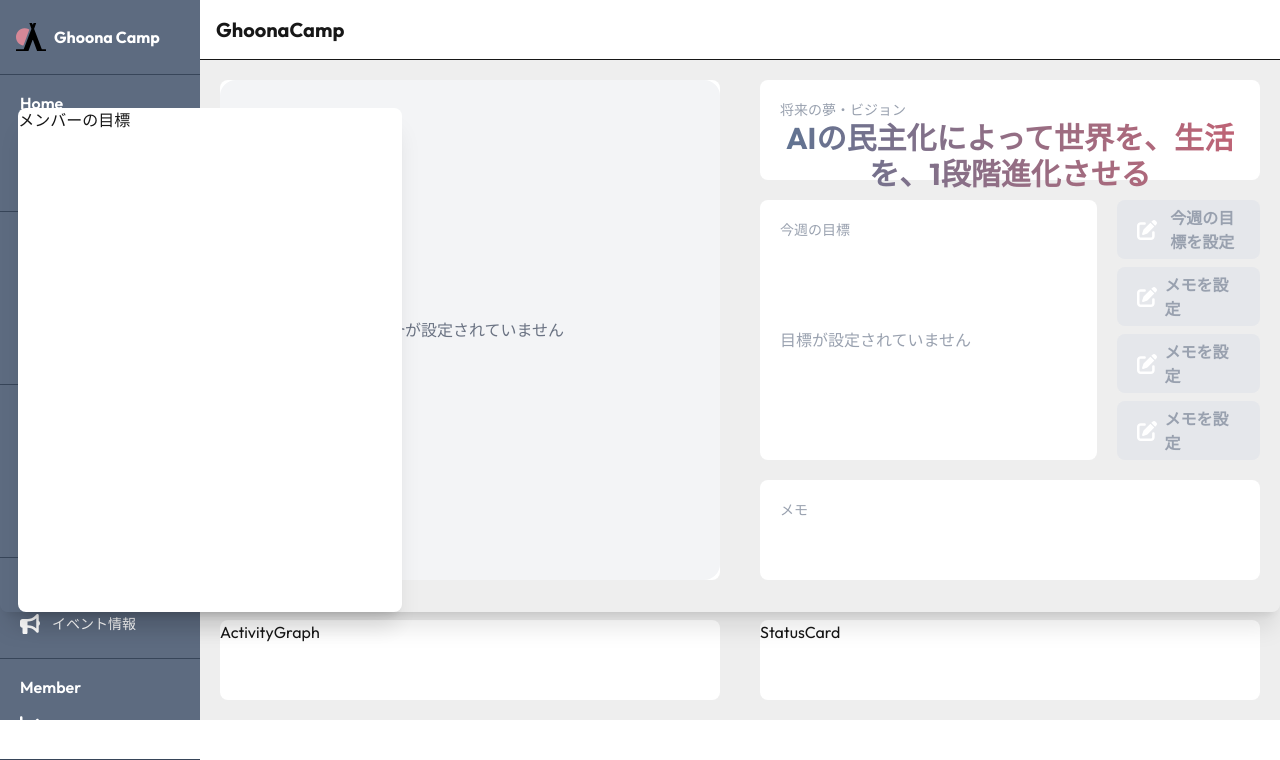
Repository: ShotaGhoona/ghoonacamp_platform
Page: /home/dashboard
These files come from the project's save history. The page is drawn as it stood at one moment and after the next save; the edit follows.
The browser window is 1280 px wide. The pictures show the whole page.
The page's requests for data from a server got no answer. The project was rebuilt for these pictures with package versions that can differ from the ones it lists, and the page was loaded fresh each time. Some packages were replaced by stand-ins written for this rebuild. The framework's server and built-in components were replaced by stand-ins that run in the browser. No one was signed in, and anything a server would have sent is missing. Also part of the build but not shown: next.config.js.

Above is the page before, as saved 2025-04-26 09:12:20.

### src/app/layout.tsx
import type { Metadata } from 'next';
import { Outfit } from 'next/font/google';
import './globals.css';
import Sidebar from '@/components/display/sidebar';
import Header from '@/components/display/header';
import { ClerkProvider } from '@clerk/nextjs';

const outfit = Outfit({ subsets: ['latin'] });

export const metadata: Metadata = {
  title: 'Ghoona Camp',
  description: 'Ghoona Camp Platform',
};

export default function RootLayout({
  children,
}: {
  children: React.ReactNode;
}) {
  return (
    <ClerkProvider>
      <html lang="ja">
        <body className={outfit.className}>
          <div className="flex">
            <div className="w-[200px] transition-all duration-300">
              <Sidebar />
            </div>
            <div className="flex-1 flex flex-col max-h-screen">
              <Header />
              <main className="bg-[#EEEEEE] flex-1 min-h-[calc(100vh-60px)] p-5">
                {children}
              </main>
            </div>
          </div>
        </body>
      </html>
    </ClerkProvider>
  );
}

### src/app/home/dashboard/page.tsx
import DashboardPage from "@/features/home/dashboard/display/index";

export default function Home() {
  return (
    <DashboardPage />
  );
}

### src/components/display/sidebar.tsx
'use client';

import Link from 'next/link';
import { usePathname } from 'next/navigation';
import clsx from 'clsx';

const groups: { title: string; links: { href: string; label: string; icon: string }[] }[] = [
  {
    title: 'Home',
    links: [
      { href: '/home', label: 'Home', icon: '/svg/sidebarIcon/home.svg' },
      { href: '/home/dashboard', label: 'Dashboard', icon: '/svg/sidebarIcon/dashboard.svg' },
    ],
  },
  {
    title: 'Morning',
    links: [
      { href: '/morning/ranking', label: 'ランキング', icon: '/svg/sidebarIcon/ranking.svg' },
      { href: '/morning/weekend', label: '今週の朝活状況', icon: '/svg/sidebarIcon/week.svg' },
      { href: '/morning/month', label: '今月の朝活状況', icon: '/svg/sidebarIcon/month.svg' },
    ],
  },
  {
    title: 'Knowledge',
    links: [
      { href: '/knowledge/tech', label: 'テクノロジー', icon: '/svg/sidebarIcon/analysis.svg' },
      { href: '/knowledge/leadership', label: 'リーダーシップ', icon: '/svg/sidebarIcon/analysis.svg' },
      { href: '/knowledge/management', label: 'マネジメント', icon: '/svg/sidebarIcon/analysis.svg' },
    ],
  },
  {
    title: 'Information',
    links: [{ href: '/information/events', label: 'イベント情報', icon: '/svg/sidebarIcon/externalEvents.svg' }],
  },
  {
    title: 'Member',
    links: [{ href: '/members', label: 'GhoonaCamper', icon: '/svg/sidebarIcon/analysis.svg' }],
  },
];

export default function Sidebar() {
  const pathname = usePathname();

  return (
    <aside className="w-full h-screen bg-[#5D6B80] text-white">
      <div className="flex items-center gap-2 h-[75px] px-4 border-b border-[#374559]">
        <img src="/svg/logo.svg" alt="Ghoona Camp" className="w-[30px] h-[30px]" />
        <span className="font-bold">Ghoona Camp</span>
      </div>

      <nav>
        {groups.map((g) => (
          <div key={g.title} className="border-b border-[#374559] px-[20px] py-4">
            <p className="text-base font-semibold mb-2">
              {g.title}
            </p>
            {g.links.map((l) => (
              <Link
                key={l.href}
                href={l.href}
                className={clsx(
                  'flex items-center gap-3 py-2 text-sm',
                  pathname === l.href
                    ? 'bg-primary text-white'
                    : 'hover:bg-slate-600'
                )}
              >
                <img src={l.icon} alt={l.label} className="w-[20px] h-[20px]" />
                <span>{l.label}</span>
              </Link>
            ))}
          </div>
        ))}
      </nav>
    </aside>
  );
}

### src/components/display/header.tsx
'use client';

import { UserButton, useUser } from '@clerk/nextjs';

export default function Header() {
  const { user, isLoaded } = useUser();

  return (
    <header className="w-full h-16 border-b flex items-center justify-between px-4">
      <div className="flex items-center gap-4">
        <h1 className="text-xl font-bold">GhoonaCamp</h1>
      </div>
      <div className="flex items-center gap-4">
        {isLoaded && user && (
          <div className="flex items-center gap-2">
            <span className="text-sm">
              {user.firstName} {user.lastName}
            </span>
            <UserButton afterSignOutUrl="/" />
          </div>
        )}
      </div>
    </header>
  );
}

### src/features/home/dashboard/display/index.tsx
'use client';

import { ProfileSection } from './ProfileSection';
import { ActivityGraph } from './ActivityGraph';
import { StatusCard } from './StatusCard';
import { TierCard } from './TierCard';

export default function DashboardPage() {
  return (
    <div className="flex flex-col gap-10 h-full">
      <div className="flex h-[500px] gap-10">
        <div className="w-[500px] h-full bg-white rounded-lg">
          <TierCard />
        </div>
        <div className="flex-1 h-full">
          <ProfileSection />
        </div>
      </div>
      <div className="flex-1 flex gap-10">
        <div className="flex-1 h-full bg-white rounded-lg">
          <ActivityGraph />
        </div>
        <div className="flex-1 h-full bg-white rounded-lg">
          <StatusCard/>
        </div>
      </div>
    </div>
  );
}

### src/features/home/dashboard/display/ProfileSection.tsx
import { useWeeklyGoals } from '../hooks/useWeeklyGoals';
import { usePopUp } from '@/hooks/usePopUp';
import { PopUp } from '@/components/display/PopUp';
import { EditGoalModal } from '../modals/EditGoalModal';

export const ProfileSection = () => {
  const { goals, isLoading, error } = useWeeklyGoals();
  const { isOpen, openPopUp, closePopUp } = usePopUp();

  console.log('Component - レンダリング時の状態:', {
    goalsLength: goals.length,
    isLoading,
    hasError: !!error
  });

  return (
    <>
      <div className="w-full h-full flex flex-col items-center justify-center gap-5">
          <div className="w-full h-[20%] bg-white rounded-lg p-5 flex flex-col">
              <p className="text-sm text-gray-400">将来の夢・ビジョン</p>
              <p className="
              flex-1 text-3xl font-bold text-center flex items-center justify-center
              text-transparent bg-clip-text bg-gradient-to-r from-[#5F7392] to-[#BF6375]
              ">AIの民主化によって世界を、生活を、1段階進化させる</p>
          </div>
          <div className="w-full flex-1 gap-5 flex">
              <div className="w-[70%] h-full bg-white rounded-lg p-5 flex flex-col">
                  <p className="text-sm text-gray-400">今週の目標</p>
                  <div className="flex-1 flex flex-col justify-center gap-2">
                      {isLoading ? (
                          <p className="text-gray-400">読み込み中...</p>
                      ) : error ? (
                          <p className="text-red-500">エラーが発生しました</p>
                      ) : goals.length === 0 ? (
                          <p className="text-gray-400">目標が設定されていません</p>
                      ) : (
                          goals.map((goal) => (
                              <p key={goal.id} className="text-gray-700">{goal.content}</p>
                          ))
                      )}
                  </div>
              </div>
              <div className="w-[30%] h-full gap-2 flex flex-col">
                  <button
                      onClick={() => openPopUp()}
                      className="flex-1 bg-gray-200 rounded-lg w-full flex items-center gap-2 px-5 hover:bg-gray-300 transition-colors"
                  >
                      <img src="/svg/edit.svg" alt="" className="w-5 h-5"/>
                      <p className="text-gray-400 font-bold">今週の目標を設定</p>
                  </button>
                  <div className="flex-1 bg-gray-200 rounded-lg w-full flex items-center gap-2 px-5">
                      <img src="/svg/edit.svg" alt="" className="w-5 h-5"/>
                      <p className="text-gray-400 font-bold">メモを設定</p>
                  </div>
                  <div className="flex-1 bg-gray-200 rounded-lg w-full flex items-center gap-2 px-5">
                      <img src="/svg/edit.svg" alt="" className="w-5 h-5"/>
                      <p className="text-gray-400 font-bold">メモを設定</p>
                  </div>
                  <div className="flex-1 bg-gray-200 rounded-lg w-full flex items-center gap-2 px-5">
                      <img src="/svg/edit.svg" alt="" className="w-5 h-5"/>
                      <p className="text-gray-400 font-bold">メモを設定</p>
                  </div>
              </div>
          </div>
          <div className="w-full h-[20%] bg-white rounded-lg p-5">
              <p className="text-sm text-gray-400">メモ</p>
          </div>
      </div>

      {/* 目標設定ポップアップ */}
      <PopUp isOpen={isOpen} onClose={closePopUp}>
        <EditGoalModal onClose={closePopUp} />
      </PopUp>
    </>
  );
};

### src/features/home/dashboard/display/ActivityGraph.tsx
export const ActivityGraph = () => {
    return <div>ActivityGraph</div>;
  };

### src/features/home/dashboard/display/StatusCard.tsx
export const StatusCard = () => {
    return <div>StatusCard</div>;
  };

### src/features/home/dashboard/display/TierCard.tsx
'use client';

import { useUserTier } from '../hooks/useUserTier';

export const TierCard = () => {
  const { tier, isLoading, error } = useUserTier();

  if (isLoading) {
    return (
      <div className="w-full h-full flex items-center justify-center bg-gray-100 rounded-2xl">
        <div className="text-gray-500">読み込み中...</div>
      </div>
    );
  }

  if (error) {
    return (
      <div className="w-full h-full flex items-center justify-center bg-gray-100 rounded-2xl">
        <div className="text-red-500">エラーが発生しました</div>
      </div>
    );
  }

  if (!tier) {
    return (
      <div className="w-full h-full flex items-center justify-center bg-gray-100 rounded-2xl">
        <div className="text-gray-500">Tierが設定されていません</div>
      </div>
    );
  }

  return (
    <div
      className="w-full h-full flex flex-col items-center justify-center relative rounded-lg overflow-hidden"
      style={{ backgroundColor: tier.badgeColor }}
    >
      <img
        src={`${tier.cardImageUrl}.svg`}
        alt={tier.titleEn}
        className="w-[80%] h-[80%] object-contain"
      />
      <div className="absolute bottom-0 p-6 text-white flex flex-col items-center justify-center mb-10">
        <div className="text-2xl font-bold">{tier.titleJa}</div>
        <div className="text-5xl font-bold">{tier.titleEn}</div>
      </div>
    </div>
  );
};

### src/features/home/dashboard/hooks/useWeeklyGoals.ts
'use client';

import { useEffect, useState } from 'react';
import { useAuth } from '@clerk/nextjs';

type WeeklyGoal = {
  id: number;
  content: string;
  isPublic: boolean;
  isPast: boolean;
  reflection: string | null;
  weekStart: string;
};

export const useWeeklyGoals = () => {
  const { userId } = useAuth();
  const [goals, setGoals] = useState<WeeklyGoal[]>([]);
  const [isLoading, setIsLoading] = useState(true);
  const [error, setError] = useState<Error | null>(null);

  useEffect(() => {
    console.log('Hook - useEffect発火, userId:', userId);

    const fetchWeeklyGoals = async () => {
      if (!userId) {
        console.log('Hook - userIdが存在しないため、処理を中断');
        setIsLoading(false);
        return;
      }

      try {
        console.log('Hook - APIリクエスト開始');
        const response = await fetch('/api/user/weekly-goals');
        console.log('Hook - APIレスポンス:', response.status, response.statusText);

        if (!response.ok) {
          throw new Error('週間目標の取得に失敗しました');
        }
        const data = await response.json();
        console.log('Hook - 取得したデータ:', data);
        setGoals(data);
      } catch (err) {
        console.error('Hook - エラー発生:', err);
        setError(err instanceof Error ? err : new Error('Unknown error'));
      } finally {
        setIsLoading(false);
      }
    };

    fetchWeeklyGoals();
  }, [userId]);

  return { goals, isLoading, error };
};

### src/hooks/usePopUp.ts
import { useState } from 'react';

type UsePopUpReturn = {
  isOpen: boolean;
  selectedData: any | null;
  openPopUp: (data?: any) => void;
  closePopUp: () => void;
};

export const usePopUp = (): UsePopUpReturn => {
  const [isOpen, setIsOpen] = useState(false);
  const [selectedData, setSelectedData] = useState<any | null>(null);

  const openPopUp = (data: any = null) => {
    setSelectedData(data);
    setIsOpen(true);
  };

  const closePopUp = () => {
    setIsOpen(false);
    setSelectedData(null);
  };

  return {
    isOpen,
    selectedData,
    openPopUp,
    closePopUp,
  };
};

### src/components/display/PopUp.tsx
import { ReactNode } from 'react';
import { XMarkIcon } from '@heroicons/react/24/outline';

type PopUpProps = {
  isOpen: boolean;
  onClose: () => void;
  children: ReactNode;
};

export const PopUp = ({ isOpen, onClose, children }: PopUpProps) => {
  return (
    <>
      {/* オーバーレイ */}
      <div
        className={`fixed inset-0 bg-black/30 transition-opacity duration-300 ${
          isOpen ? 'opacity-100' : 'opacity-0 pointer-events-none'
        }`}
        onClick={onClose}
      />
      <div className="flex justify-center items-center fixed top-1/2 left-1/2 transform -translate-x-1/2 -translate-y-1/2
      w-[100%] h-[70%] rounded-lg shadow-xl transition-all duration-300 gap-10">
        {/* メンバーの目表を除くを押した時だけ表示 */}
        <div
            className={`
            w-[30%] h-[100%] bg-white rounded-lg shadow-xl transition-all duration-300
            }`}
        >
            <div>
                <p>メンバーの目標</p>
            </div>
        </div>

        {/* ポップアップパネル */}
        <div
            className={`
                ${
            isOpen ? 'scale-100 opacity-100' : 'scale-95 opacity-0 pointer-events-none'
            }`}
        >
            <div className="flex flex-col h-[100%]">
            {/* ヘッダー */}
            <div className="flex justify-end p-4">
                <button
                onClick={onClose}
                className="text-gray-400 hover:text-gray-600 transition-colors"
                >
                <XMarkIcon className="h-5 w-5" />
                </button>
            </div>

            {/* コンテンツエリア */}
            <div className="flex-1 px-6 pb-6">
                {children}
            </div>
            </div>
        </div>
      </div>
    </>
  );
};

### src/features/home/dashboard/modals/EditGoalModal.tsx
'use client';

import { useState, useEffect } from 'react';
import { useSaveWeeklyGoal, WeeklyGoalInput } from '../hooks/useSaveWeeklyGoal';
import { useWeeklyGoals } from '../hooks/useWeeklyGoals';

type EditGoalModalProps = {
  onClose: () => void;
};

export const EditGoalModal = ({ onClose }: EditGoalModalProps) => {
  const { saveGoals, isLoading: isSaving, error: saveError } = useSaveWeeklyGoal();
  const { goals: currentGoals, isLoading: isLoadingGoals } = useWeeklyGoals();
  const [goals, setGoals] = useState<string[]>(['']);
  const [isPublic, setIsPublic] = useState(true);

  // 既存の目標をフォームに設定
  useEffect(() => {
    if (currentGoals && currentGoals.length > 0) {
      // 現在の目標をフォームに設定
      const contents = currentGoals.map(goal => goal.content);
      setGoals(contents);
      // 公開設定も既存の設定を使用
      setIsPublic(currentGoals[0]?.isPublic ?? true);
    }
  }, [currentGoals]);

  const handleSave = async () => {
    const input: WeeklyGoalInput = {
      goals: goals.filter(goal => goal.trim() !== ''),
      isPublic,
    };

    const success = await saveGoals(input);
    if (success) {
      onClose();
    }
  };

  const addGoal = () => {
    setGoals([...goals, '']);
  };

  const removeGoal = (index: number) => {
    setGoals(goals.filter((_, i) => i !== index));
  };

  const updateGoal = (index: number, value: string) => {
    const newGoals = [...goals];
    newGoals[index] = value;
    setGoals(newGoals);
  };

  if (isLoadingGoals) {
    return (
      <div className="flex items-center justify-center h-[400px]">
        <p className="text-gray-500">読み込み中...</p>
      </div>
    );
  }

  return (
    <div className="flex flex-col justify-between h-[100%]">
      <div className="">
        {/* タイトル */}
        <h2 className="text-2xl font-bold text-gray-800 mb-5">今週の目標を設定</h2>
        <div className="w-full border border-gray-300 rounded-lg p-5 flex flex-col mb-5">
            <p className="text-sm text-gray-400">将来の夢・ビジョン</p>
            <p className="
            flex-1 text-3xl font-bold text-center flex items-center justify-center
            text-transparent bg-clip-text bg-gradient-to-r from-[#5F7392] to-[#BF6375]
            ">AIの民主化によって世界を、生活を、1段階進化させる</p>
        </div>

        {/* エラーメッセージ */}
        {saveError && (
          <div className="mb-4 text-red-500 text-sm">
            {saveError.message}
          </div>
        )}

        {/* フォーム */}
        <div className="space-y-4">
            {goals.map((goal, index) => (
              <div key={index} className="flex gap-2">
                <input
                  type="text"
                  className="flex-1 px-3 py-2 bg-gray-100 rounded-lg focus:outline-none focus:ring-2 focus:ring-gray-300 focus:border-gray-300"
                  placeholder={index === 0 ? "目標を入力（必須）" : "目標を入力（任意）"}
                  value={goal}
                  onChange={(e) => updateGoal(index, e.target.value)}
                />
                {goals.length > 1 && (
                  <button
                    onClick={() => removeGoal(index)}
                    className="px-2 py-2 text-gray-500 hover:text-red-500 transition-colors"
                  >
                    ×
                  </button>
                )}
              </div>
            ))}

            {/* 目標追加ボタン */}
            <button
              onClick={addGoal}
              className="w-full px-3 py-2 text-sm text-gray-500 border border-dashed border-gray-300 rounded-lg hover:bg-gray-50 transition-colors"
            >
              + 目標を追加
            </button>

            {/* 公開設定 */}
            <div className="flex items-center gap-2 mt-4">
              <input
                type="checkbox"
                id="isPublic"
                className="h-4 w-4 text-blue-600 focus:ring-blue-500 border-gray-300 rounded"
                checked={isPublic}
                onChange={(e) => setIsPublic(e.target.checked)}
              />
              <label htmlFor="isPublic" className="text-sm text-gray-700">
                目標を他のメンバーに公開する
              </label>
            </div>
        </div>
      </div>
      <div className="flex justify-between gap-3 pt-4">
        <div className="flex gap-3">
            <button
                onClick={() => openPopUp('left')}
                className="px-4 py-2 text-sm font-medium text-gray-700 bg-white border border-gray-300 rounded-md shadow-sm hover:bg-gray-50 focus:outline-none focus:ring-2 focus:ring-offset-2 focus:ring-blue-500"
            >
                メンバーの目標を覗く
            </button>
        </div>
        <div className="flex gap-3">
            <button
            onClick={onClose}
            disabled={isSaving}
            className="px-4 py-2 text-sm font-medium text-gray-700 bg-white border border-gray-300 rounded-md shadow-sm hover:bg-gray-50 focus:outline-none focus:ring-2 focus:ring-offset-2 focus:ring-blue-500"
            >
            キャンセル
            </button>
            <button
            onClick={handleSave}
            disabled={isSaving || !goals[0]?.trim()}
            className={`px-4 py-2 text-sm font-medium text-white border border-transparent rounded-md shadow-sm focus:outline-none focus:ring-2 focus:ring-offset-2 focus:ring-blue-500 ${
                isSaving || !goals[0]?.trim()
                ? 'bg-gray-400 cursor-not-allowed'
                : 'bg-[#5D6B80] hover:bg-[#4D5B70]'
                }`}
                >
            {isSaving ? '保存中...' : '保存する'}
            </button>
          </div>
      </div>
    </div>
  );
};

### src/features/home/dashboard/hooks/useUserTier.ts
'use client';

import { useAuth } from '@clerk/nextjs';
import { useState, useEffect } from 'react';

type UserTier = {
  id: number;
  level: number;
  titleJa: string;
  titleEn: string;
  cardImageUrl: string;
  badgeColor: string;
};

export const useUserTier = () => {
  const { userId } = useAuth();
  const [tier, setTier] = useState<UserTier | null>(null);
  const [isLoading, setIsLoading] = useState(true);
  const [error, setError] = useState<Error | null>(null);

  useEffect(() => {
    const fetchUserTier = async () => {
      if (!userId) {
        setIsLoading(false);
        return;
      }

      try {
        const response = await fetch(`/api/user/tier?userId=${userId}`);
        if (!response.ok) {
          throw new Error('Failed to fetch user tier');
        }
        const data = await response.json();
        setTier(data);
      } catch (err) {
        setError(err instanceof Error ? err : new Error('Unknown error'));
      } finally {
        setIsLoading(false);
      }
    };

    fetchUserTier();
  }, [userId]);

  return { tier, isLoading, error };
};

### src/features/home/dashboard/hooks/useSaveWeeklyGoal.ts
'use client';

import { useState } from 'react';
import { useAuth } from '@clerk/nextjs';
import { getWeekStartDate } from '@/utils/date';

export type WeeklyGoalInput = {
  goals: string[];
  isPublic: boolean;
};

type UseSaveWeeklyGoalReturn = {
  saveGoals: (input: WeeklyGoalInput) => Promise<boolean>;
  isLoading: boolean;
  error: Error | null;
};

export const useSaveWeeklyGoal = (): UseSaveWeeklyGoalReturn => {
  const { userId } = useAuth();
  const [isLoading, setIsLoading] = useState(false);
  const [error, setError] = useState<Error | null>(null);

  const saveGoals = async (input: WeeklyGoalInput): Promise<boolean> => {
    if (!userId) {
      setError(new Error('ユーザーが認証されていません'));
      return false;
    }

    setIsLoading(true);
    setError(null);

    try {
      const weekStart = getWeekStartDate();

      const response = await fetch('/api/user/weekly-goals', {
        method: 'POST',
        headers: {
          'Content-Type': 'application/json',
        },
        body: JSON.stringify({
          goals: input.goals.filter(goal => goal.trim() !== ''),
          isPublic: input.isPublic,
          weekStart: weekStart.toISOString(),
        }),
      });

      if (!response.ok) {
        const errorData = await response.json();
        throw new Error(errorData.error || '目標の保存に失敗しました');
      }

      return true;
    } catch (err) {
      setError(err instanceof Error ? err : new Error('Unknown error'));
      return false;
    } finally {
      setIsLoading(false);
    }
  };

  return {
    saveGoals,
    isLoading,
    error,
  };
};

### src/utils/date.ts
/**
 * 指定された日付の週の月曜日の0時0分0秒を取得します
 * @param date - 基準となる日付（デフォルトは現在の日付）
 * @returns 週の月曜日の0時0分0秒
 */
export const getWeekStartDate = (date: Date = new Date()): Date => {
  const monday = new Date(date);
  monday.setDate(date.getDate() - date.getDay() + 1);
  monday.setHours(0, 0, 0, 0);
  return monday;
};

Loaded but not shown: src/app/globals.css (common file)

After the next save:
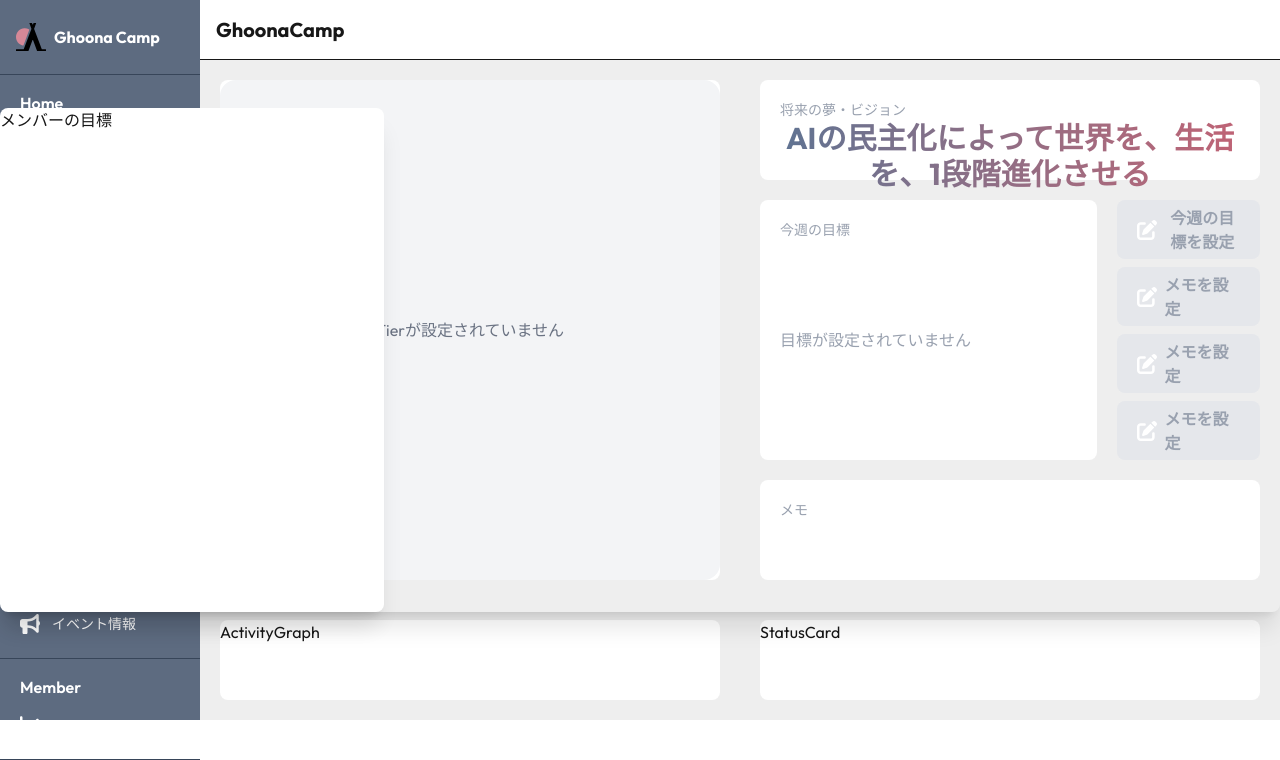
Saved 33 s later.
--- a/src/components/display/PopUp.tsx
+++ b/src/components/display/PopUp.tsx
@@ -32,7 +32,7 @@ export const PopUp = ({ isOpen, onClose, children }: PopUpProps) => {
 
         {/* ポップアップパネル */}
         <div
-            className={`
+            className={`flex-1 bg-white rounded-lg shadow-xl transition-all duration-300
                 ${
             isOpen ? 'scale-100 opacity-100' : 'scale-95 opacity-0 pointer-events-none'
             }`}
